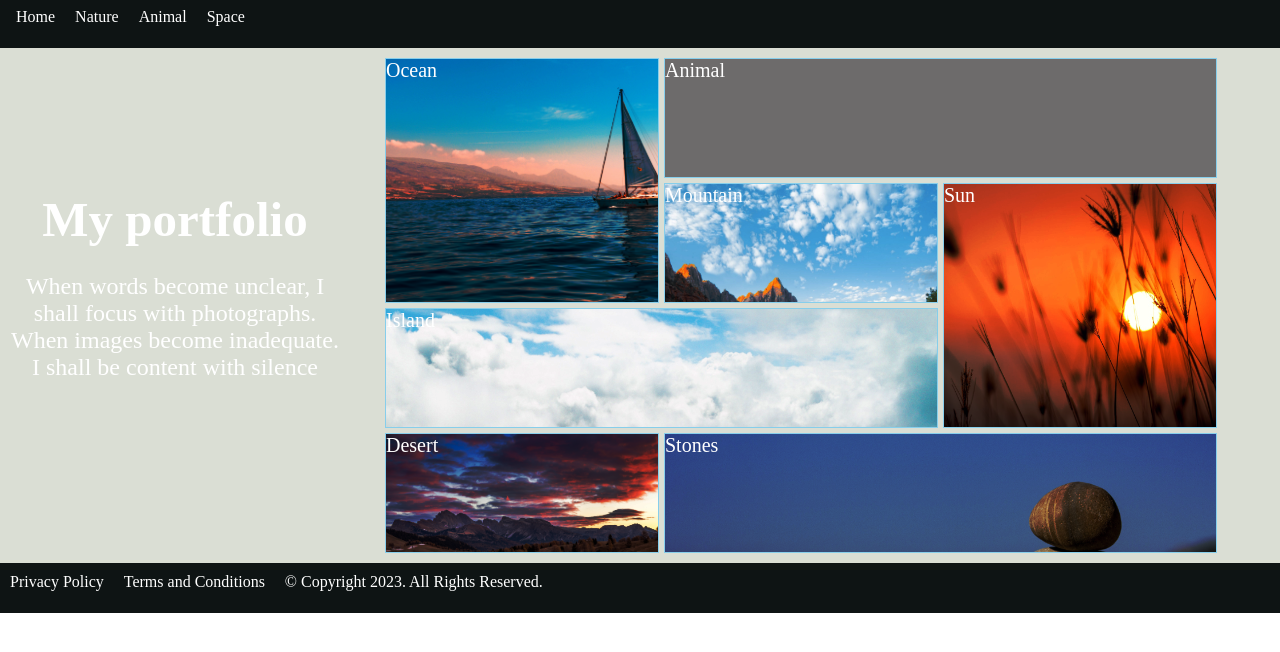
Repository: suraj-yadav7/03_Gallery_Portfolio
Page: index.html
The author's editor kept a copy of each file at every save. The page is drawn from the files as they stood at one save, then again after the next save.
The browser window is 1280 px wide. The pictures show the whole page.
Pictures or frames that could not be fetched are drawn as grey boxes. Some web fonts or font styles are not loaded; a fallback is used.

Above is the page before, as saved 2023-02-14 21:51:28.

### index.html
<!DOCTYPE html>
<html lang="en">
<head>
    <meta charset="UTF-8">
    <meta http-equiv="X-UA-Compatible" content="IE=edge">
    <meta name="viewport" content="width=device-width, initial-scale=1.0">
    <title>Gallery</title>
    <link rel="stylesheet" href="style.css">
</head>
<body>
    <nav class="nav-section">
        <div class="nav-container">
        <ul class="nav-item flex">
            <li>    <a href="#">Home</a>   </li>
            <li>    <a href="#">Nature</a> </li>
            <li>    <a href="#">Animal</a> </li>
            <li>    <a href="#">Space</a> </li>
        </ul>
        </div>
    </nav>

        <div class="container flex">
            <div class="header-text">
                <h1 class="heading">My portfolio</h1>
                <p class="para">When words become unclear, I shall focus with photographs. When images become inadequate. I shall be content with silence</p>
            </div>
            <div class="gallery-layout">
                <div class="box" id="box1">Ocean</div>
                <div class="box" id="box2">Animal</div>
                <div class="box" id="box3">Mountain</div>
                <div class="box" id="box4">Sun</div>
                <div class="box" id="box5">Island</div>
                <div class="box" id="box6">Desert</div>
                <div class="box" id="box7">Stones</div>
            </div>
        </div>
        <footer>
            <div class="footer flex">
                <a>Privacy Policy</a>
                <a>Terms and Conditions</a>
                <a>© Copyright 2023. All Rights Reserved.</a>
            </div>
        </footer>
</body>
</html>

### style.css
@import url('https://fonts.googleapis.com/css2?family=Bodoni+Moda:ital,opsz@0,6..96;1,6..96&display=swap');

*{
    margin: 0;
    padding: 0;
    box-sizing: border-box;
}

:root{
    --primary-text-color: #1a0000;
    --secondary-text-color:  #33331a;
    --accent-color:  #cc99ff;
    --accent-dark-color: #4d88ff;
    --padding-inline-section: 20px;
}


/* Utility */


a{
    text-decoration: none;
    color: rgb(255, 255, 255);


}

.flex{
    display: flex;
    align-items: center;

}

/* Nav section */
.nav-container{
    background-color: rgb(14, 20, 20);
    padding: 1rem;
    font-family: 'Bodoni Moda', serif;
    font-size: 1rem;
    height: 3rem;


}
.nav-item{
    gap: 20px;
    list-style: none;
    margin-top: -0.5rem;
}
a:hover{
    color:#fff;
}

/*main -section */
.container{
    background-color: #daded4;
    padding-block: 10px;
    gap: 35px;
    font-family: "bodoni modo" ;

}
.header-text{
    height: 250px;
   width: 350px;
    color: white;
    text-align: center;
    padding: 10px;

}
.heading{
    font-size: 49px;
}
.para{
    margin-top: 25px;
    font-size: 1.5rem;
}
.gallery-layout{
    display: grid;
    row-gap: 5px;
    column-gap: 5px;
    grid-template-columns: repeat(3, 1fr);
    grid-auto-rows: 120px;
    flex-basis: 65%;

}

.box{
    background-color: rgb(63, 60, 60);
    border: 1px solid skyblue;
    background-size: cover;
    background-position: top;
    background-blend-mode: hard-light;
    transition: all 1s ease-in-out;
    cursor: pointer;
    color: white;
    font-size: 20px;


}
.box:hover{
    background-color:rgb(210, 204, 204) ;
    background-position: center;

    box-shadow: 0 0 4px #fff;

}

#box1{
    grid-row: span 2;
    background-image: url("images/pexels-szelei-robert-1482193.jpg");


}

#box2{
    grid-column: span 2;
    background-image: url("images/pexels-dsd-1829979.jpg");

}
#box3{
    background-image: url("images/pexels-michael-block-3225517.jpg");

}

#box4{
    grid-row: span 2;
    background-image: url("images/pexels-darwis-alwan-1454752.jpg");
}

#box5{
    grid-column: span 2;
    background-image: url("images/pexels-michael-block-3225524.jpg");

}
#box6{
    background-image: url("images/pexels-michal-lizuch-2919720.jpg");

}

#box7{
    grid-column: span 2;
    background-image: url("images/pexels-pixabay-235990.jpg");

}


/* Footer */
footer{
    height: 50px;
    max-width: 100%;
    background-color: rgb(14, 20, 20);
    font-family: 'Bodoni Moda', serif;
    font-size: 1rem;
}
footer a{
margin:  10px;
}
/* media queries for Mobile Responsiveness */

@media screen and (max-width: 1024px){

    .container{
        flex-direction: column;
        padding: 20px;
    }
    .box{
        grid-column: span 3;
        grid-row: span 1;

    }
.gallery-layout{
    margin-top:-20px;
    width: 100%;
    grid-auto-rows: 100px;
    padding-inline: 12px;
    row-gap: 10px;

}
#box2, #box5, #box7{
    grid-column: span 3;
}

}

After the next save:
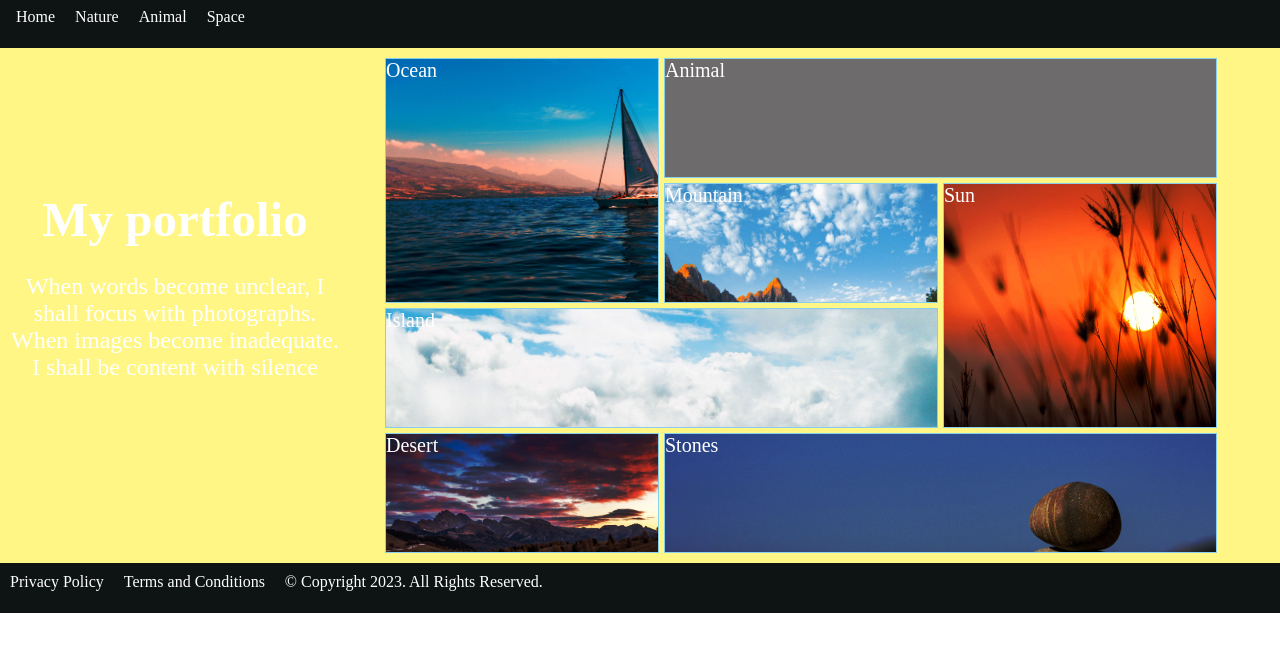
Saved 60 s later.
--- a/style.css
+++ b/style.css
@@ -52,7 +52,7 @@ a:hover{
 
 /*main -section */
 .container{
-    background-color: #daded4;
+    background-color: #fff685;
     padding-block: 10px;
     gap: 35px;
     font-family: "bodoni modo" ;
